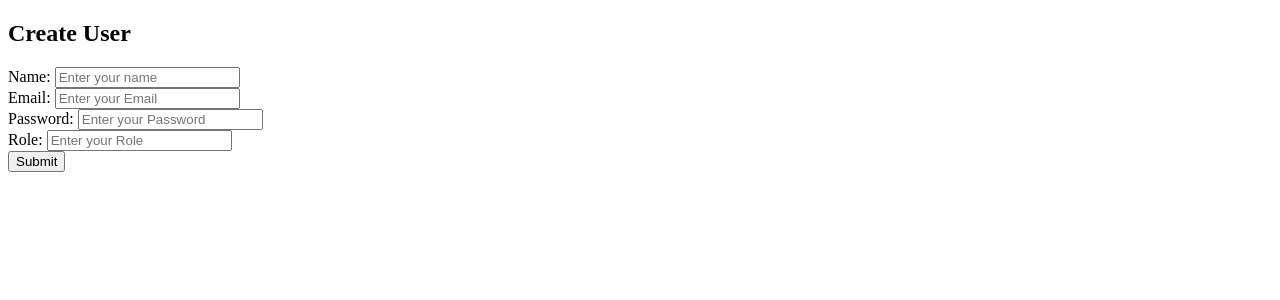
Repository: bharathabhi46/SkillSync-FrontEnd
Page: /
An editor plug-in stored every save of this project. The page is shown before and after the next save, followed by the edit.
The browser window is 1280 px wide. The pictures show the whole page.
The project was rebuilt for these pictures with package versions that can differ from the ones it lists, and the page was loaded fresh each time. Also part of the build but not shown: vite.config.js.

Above is the page before, as saved 2025-06-05 17:25:55.

### src/App.jsx
import React from "react";
import CreateUser from "./Components/CreateUser/CreateUser";

const App = () => {
  return (
    <>
      <CreateUser />
    </>
  );
};

export default App;

### src/Components/CreateUser/CreateUser.jsx
import React, { useState } from "react";

const CreateUser = () => {
  let url = "http://localhost:8080/api/users";
  let [formData, setFormData] = useState({
    name: "",
    email: "",
    password: "",
    role: "",
  });
  function handleOnChange(e) {
    setFormData((prevData) => ({
      ...prevData,
      [e.target.name]: e.target.value,
    }));
  }
  async function handleSubmit(e) {
    e.preventDefault();
    try {
      let res = await fetch(url, {
        method: "POST",
        headers: {
          "Content-Type": "application/json",
        },
        body: JSON.stringify(formData),
      });
      console.log(res);
      if (res.ok) {
        alert("User Created Successfully");
        setFormData({ name: "", email: "", password: "", role: "" });
      } else {
        alert("Failed to Create the User");
      }
    } catch (error) {
      console.error("Error", error);
    }
  }
  return (
    <div>
      <h2>Create User</h2>
      <form onSubmit={handleSubmit}>
        <label>Name: </label>
        <input
          type="text"
          name="name"
          id="name"
          value={formData.name}
          onChange={handleOnChange}
          placeholder="Enter your name"
        />
        <br />
        <label>Email: </label>
        <input
          type="email"
          name="email"
          id="email"
          value={formData.email}
          onChange={handleOnChange}
          placeholder="Enter your Email"
        />
        <br />
        <label>Password: </label>

        <input
          type="password"
          name="password"
          id="password"
          value={formData.password}
          onChange={handleOnChange}
          placeholder="Enter your Password"
        />
        <br />
        <label>Role: </label>
        <input
          type="text"
          name="role"
          id="role"
          value={formData.role}
          onChange={handleOnChange}
          placeholder="Enter your Role"
        />
        <br />
        <button type="submit">Submit</button>
      </form>
    </div>
  );
};

export default CreateUser;

Loaded but not shown: index.html (common file); src/main.jsx (common file); src/Components/UserList/UserList.jsx (common file)

After the next save:
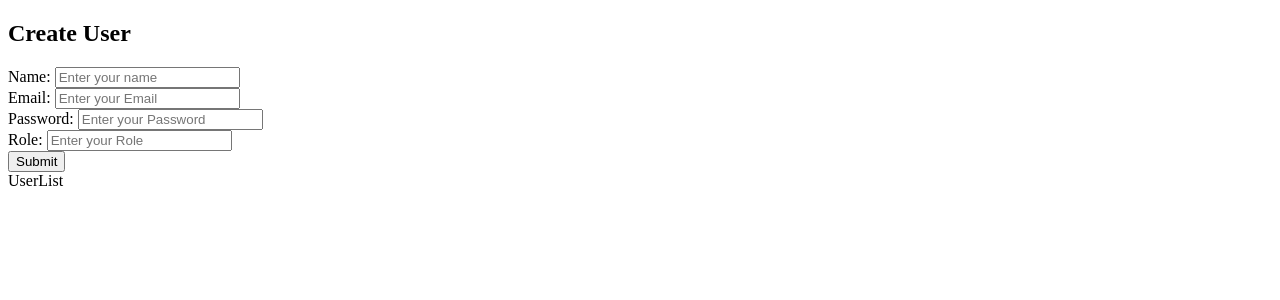
Saved 5 s later.
--- a/src/App.jsx
+++ b/src/App.jsx
@@ -1,10 +1,12 @@
 import React from "react";
 import CreateUser from "./Components/CreateUser/CreateUser";
+import UserList from "./Components/UserList/UserList";
 
 const App = () => {
   return (
     <>
       <CreateUser />
+      <UserList />
     </>
   );
 };
